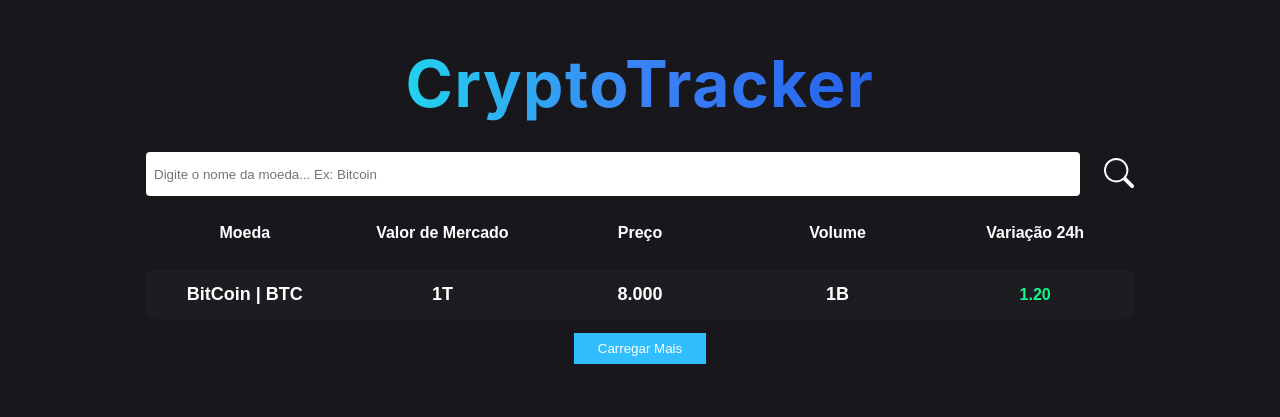
Repository: GabrielPertelCorti/crypto-tracker
Page: /
An editor plug-in stored every save of this project. The page is shown before and after a run of saves, followed by the edit.
The browser window is 1280 px wide. The pictures show the whole page.
The project was rebuilt for these pictures with package versions that can differ from the ones it lists, and the page was loaded fresh each time. Also part of the build but not shown: vite.config.ts, src/pages/detail/index.tsx, src/pages/notFound/index.tsx.

Above is the page before, as saved 2026-03-12 16:12:07.

After the next 4 saves:
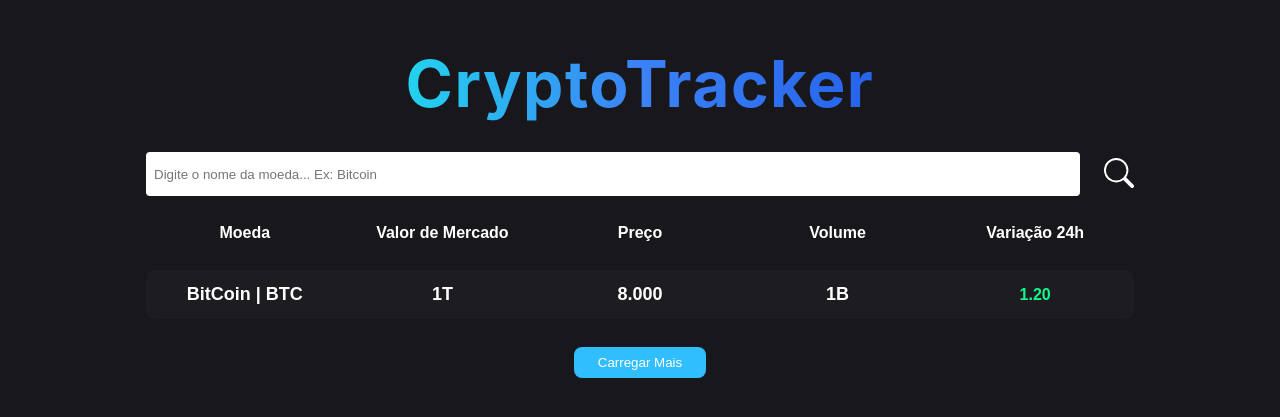
The 4 saves are shown as one change because they came seconds apart.
The last was saved 17 s later.
--- a/src/pages/home/home.module.css
+++ b/src/pages/home/home.module.css
@@ -81,7 +81,8 @@ table td{
   background-color: #30beff;
   padding: 8px 24px;
   color: #fff;
-  margin: ;
+  margin: 14px 0;
+  border-radius: 8px;
 }
 
 
